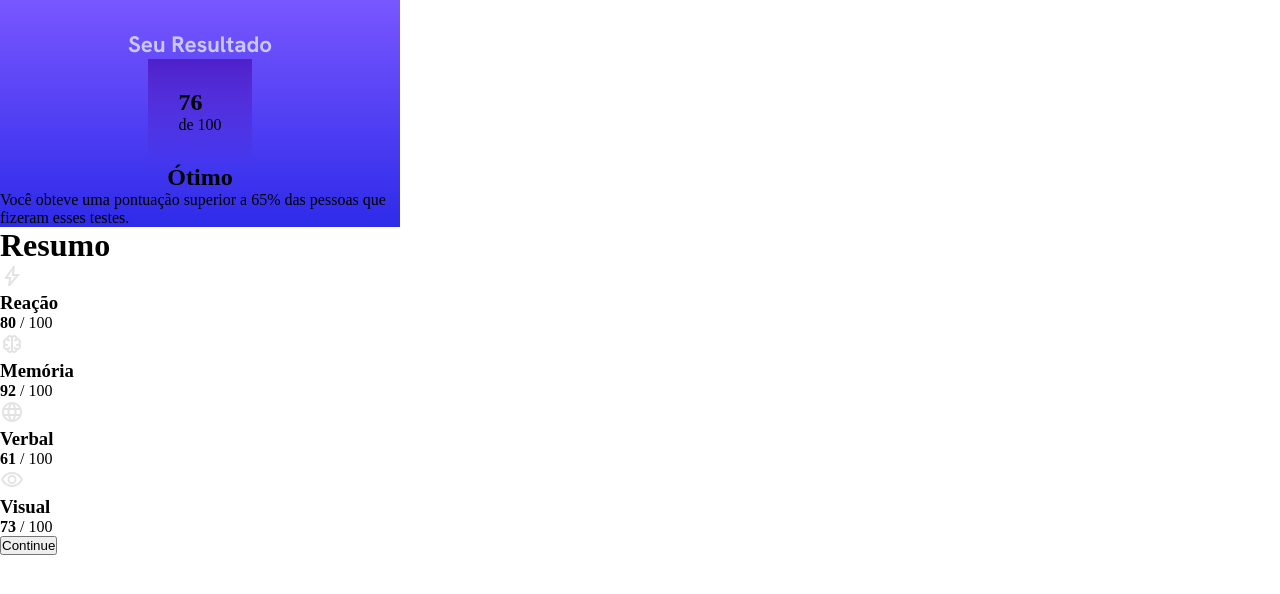
Repository: caique2512/resumo-de-resultados
Page: index.html
The author's editor kept a copy of each file at every save. The page is drawn from the files as they stood at one save, then again after a run of saves.
The browser window is 1280 px wide. The pictures show the whole page.

Above is the page before, as saved 2026-03-05 23:12:47.

### index.html
<!DOCTYPE html>
<html lang="pt-br">
<head>
    <meta charset="UTF-8">
    <meta name="viewport" content="width=device-width, initial-scale=1.0">
    <title>Resumo de Resultados</title>
    <link rel="stylesheet" href="src/css/estilos.css">
    <link rel="stylesheet" href="src/css/reset.css">
</head>
<body>
    <main class="conteudo">
        <div class="principal">
            <h1 class="titulo">Seu Resultado</h1>
            <div class="circulo">
                <h2>76</h2>
                <p>de 100</p>
            </div>
            <h2>Ótimo</h2>
            <p class="subtitle">Você obteve uma pontuação superior a 65% das pessoas que fizeram esses testes.</p>
        </div>
        <div>
            <h1 class="titulo1">Resumo</h1>
            <div class="classes">
                <div class="resumo1">
                    <img src="./src/images/raio.svg" alt="Raio">
                    <h3>Reação</h3>
                    <p><strong>80</strong> / 100</p>
                </div>
                <div class="resumo2">
                    <img src="./src/images/memoria.svg" alt="Memória">
                    <h3>Memória</h3>
                    <p><strong>92</strong> / 100</p>
                </div>
                <div class="resumo3">
                    <img src="./src/images/mensagem.svg" alt="Mensagem">
                    <h3>Verbal</h3>
                    <p><strong>61</strong> / 100</p>
                </div>
                <div class="resumo4">
                    <img src="./src/images/olho.svg" alt="olho">
                    <h3>Visual</h3>
                    <p><strong>73</strong> / 100</p>
                </div>
            </div>
            <button class="btn-resumo">Continue</button>
        </div>
    </main>
</body>
</html>

### src/css/estilos.css
@import url('https://fonts.googleapis.com/css2?family=Hanken+Grotesk:ital,wght@0,100..900;1,100..900&display=swap');


.principal {
    background: linear-gradient(hsl(252, 100%, 67%), hsl(241, 81%, 54%));
    width: 400px;
    display: flex;
    flex-direction: column;
    align-items: center;
}

.titulo {
    color: hsl(241, 100%, 89%);
    font-family: "Hanken Grotesk";
    margin-top: 30px;
    font-size: 1.4rem;
}

.circulo {
    background: linear-gradient(hsla(256, 72%, 46%, 1), hsla(241, 72%, 46%, 0));
    padding: 30px;
    bor
}

Loaded but not shown: src/css/reset.css (common file)

After the next 2 saves:
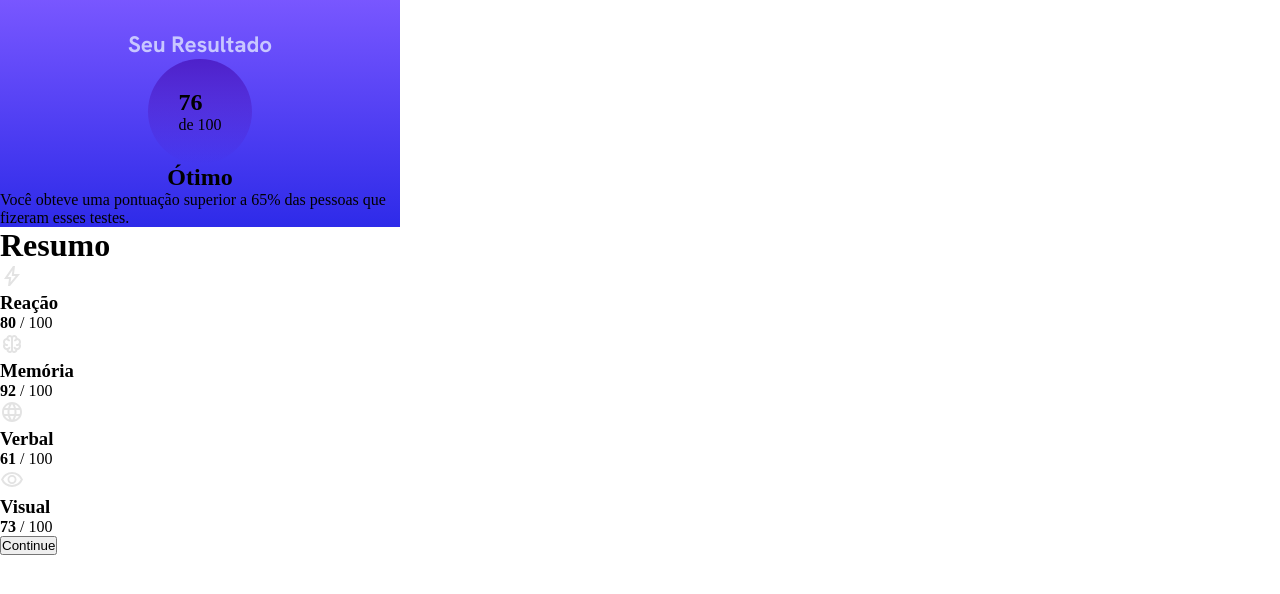
The 2 saves are shown as one change because they came seconds apart.
The last was saved 6 s later.
--- a/src/css/estilos.css
+++ b/src/css/estilos.css
@@ -19,5 +19,5 @@
 .circulo {
     background: linear-gradient(hsla(256, 72%, 46%, 1), hsla(241, 72%, 46%, 0));
     padding: 30px;
-    bor
+    border-radius: 50%;
 }
